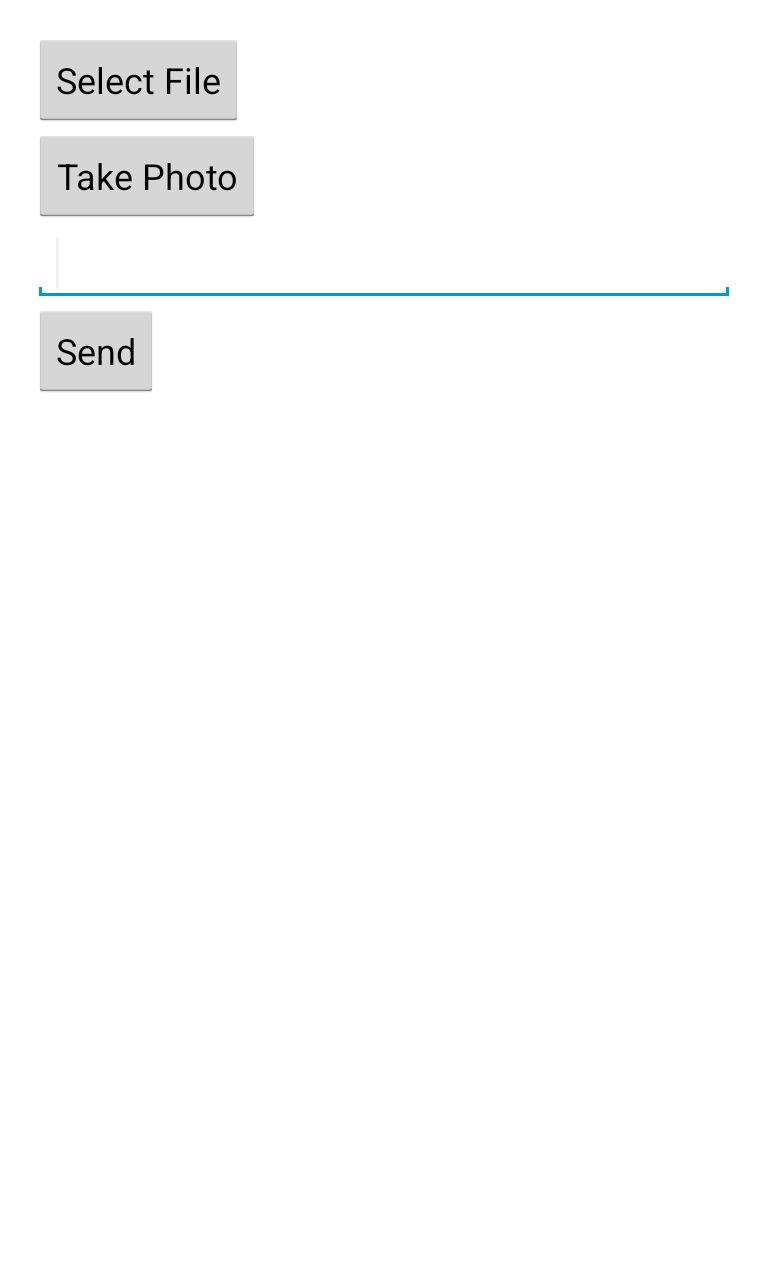
Repository: mossr/ocr_testing
Layout: sending_to_server/Photo2Server/res/layout/activity_main.xml
These files come from the project's save history. The layout is drawn as it stood at one moment and after the next save; the edit follows.
It is drawn on a 768 x 1280 px phone screen (xhdpi) without system bars, with theme AppTheme; the app's code is not run.

Above is the layout before, as saved 2014-01-15 14:17:39.

After the next save:
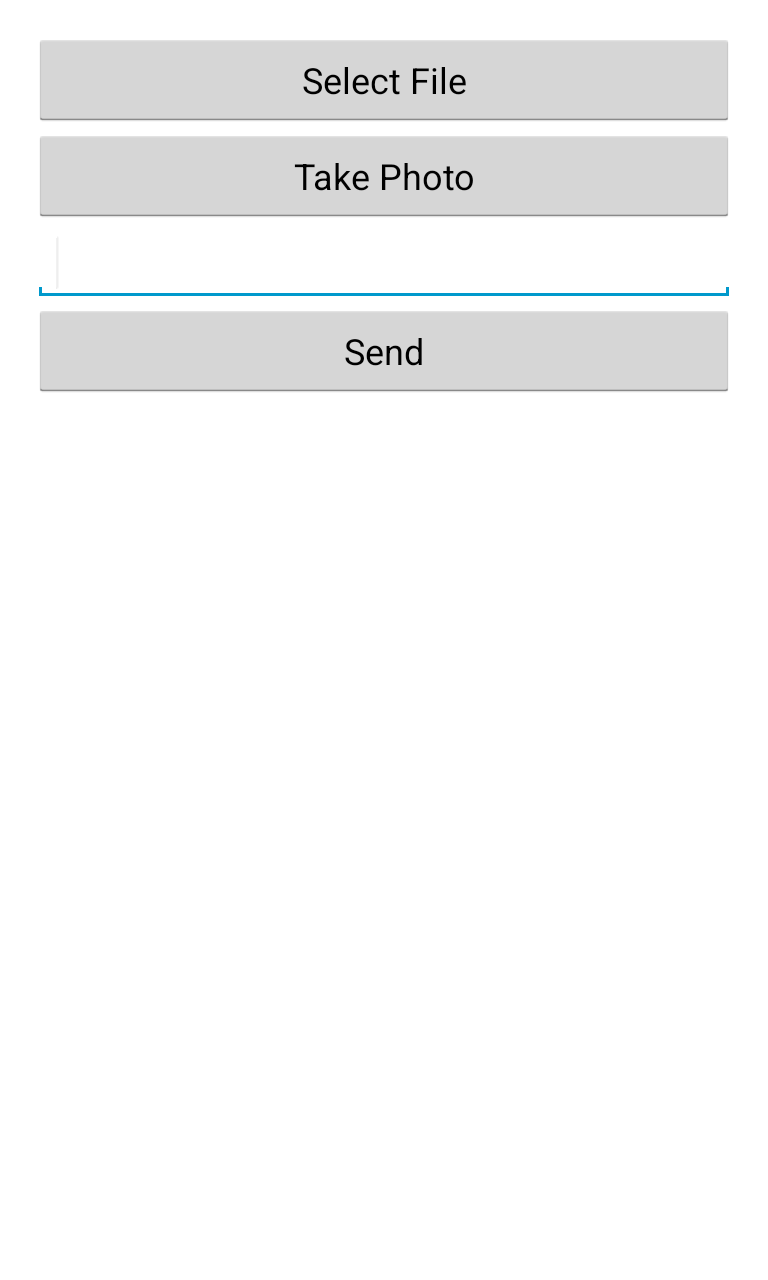
Saved 57 s later.
--- a/sending_to_server/Photo2Server/res/layout/activity_main.xml
+++ b/sending_to_server/Photo2Server/res/layout/activity_main.xml
@@ -15,17 +15,21 @@
 
     <Button
         android:id="@+id/button1"
+        android:layout_width="wrap_content"
+        android:layout_height="wrap_content"
+        android:layout_alignLeft="@+id/textView1"
+        android:layout_alignRight="@+id/editText1"
         android:layout_gravity="center"
-        android:layout_height="wrap_content"
-        android:layout_width="wrap_content"
         android:text="Select File" />
 
     <Button
         android:id="@+id/button2"
+        android:layout_width="wrap_content"
+        android:layout_height="wrap_content"
+        android:layout_alignRight="@+id/button1"
+        android:layout_below="@id/button1"
         android:layout_gravity="center"
-        android:layout_height="wrap_content"
-        android:layout_width="wrap_content"
-        android:layout_below="@id/button1"
+        android:layout_toRightOf="@+id/textView1"
         android:text="Take Photo" />
 
     <EditText
@@ -42,10 +46,12 @@
 
     <Button
         android:id="@+id/button3"
+        android:layout_width="wrap_content"
+        android:layout_height="wrap_content"
+        android:layout_alignLeft="@+id/editText1"
+        android:layout_alignRight="@+id/editText1"
+        android:layout_below="@id/editText1"
         android:layout_gravity="center"
-        android:layout_height="wrap_content"
-        android:layout_width="wrap_content"
-        android:layout_below="@id/editText1"
         android:text="Send" />
 
 </RelativeLayout>
